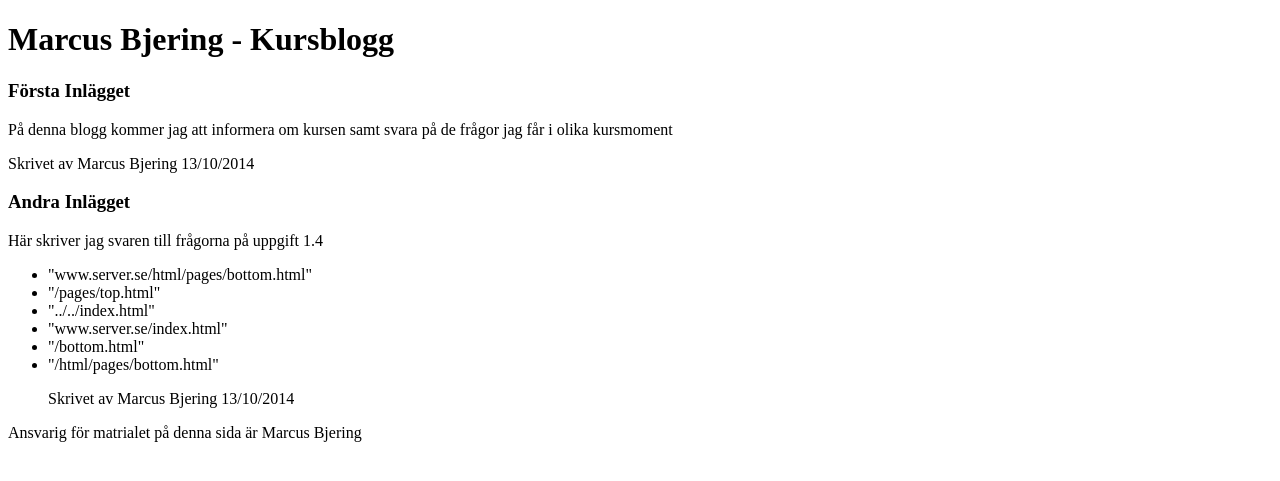
Repository: mb223ks/1IK415-laborationer
Page: pages/kontakt.html
The author's editor kept a record of every edit. The page is drawn from the files as they stood at one moment, then again after the next edit.
The browser window is 1280 px wide. The pictures show the whole page.

Above is the page before.

After the next edit:
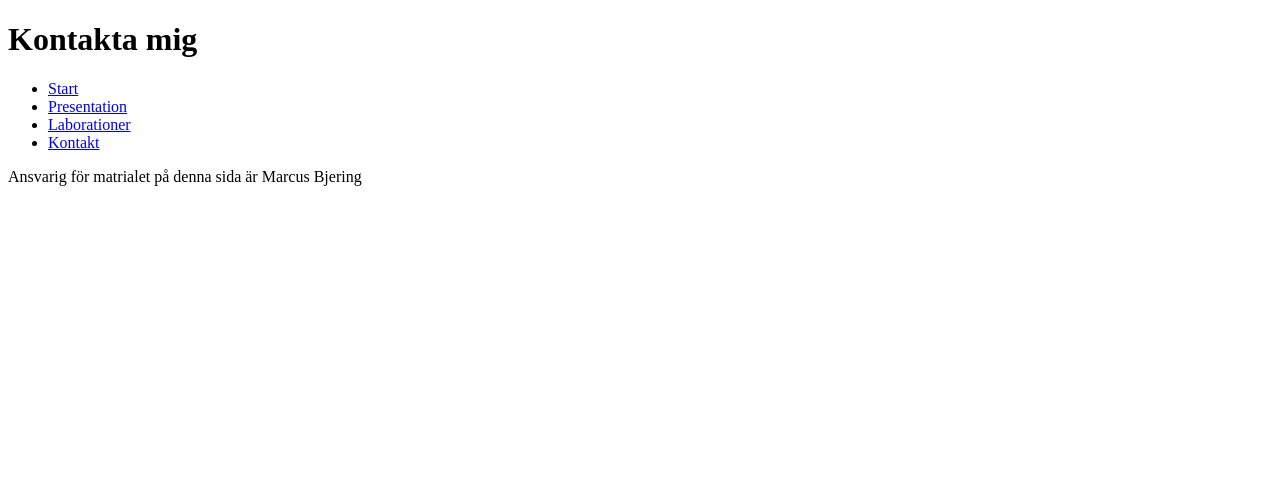
The edit:
--- a/pages/kontakt.html
+++ b/pages/kontakt.html
@@ -5,21 +5,12 @@
         <title>Kontakt</title>
     </head>
     <body>
-        <h1>Marcus Bjering - Kursblogg</h1>
-        <h3>Första Inlägget</h3>
-        <p>På denna blogg kommer jag att informera om kursen samt svara på de frågor jag får i olika kursmoment</p>
-        <p>Skrivet av Marcus Bjering 13/10/2014</p>
-
-        <h3>Andra Inlägget</h3>
-        <p>Här skriver jag svaren till frågorna på uppgift 1.4</p>
-        <ul>
-            <li>"www.server.se/html/pages/bottom.html"</li>
-            <li>"/pages/top.html"</li>
-            <li>"../../index.html"</li>
-            <li>"www.server.se/index.html"</li>
-            <li>"/bottom.html"</li>
-            <li>"/html/pages/bottom.html"</li>
-            <p>Skrivet av Marcus Bjering 13/10/2014</p>
+        <h1>Kontakta mig</h1>
+         <ul>
+            <li><a href="../index.html">Start</a></li>
+            <li><a href="presentation.html">Presentation</a></li>
+            <li><a href="laborationer.html">Laborationer</a></li>
+            <li><a href="kontakt.html">Kontakt</a></li>
         </ul>
         <footer>
         <p>Ansvarig för matrialet på denna sida är Marcus Bjering</p>
